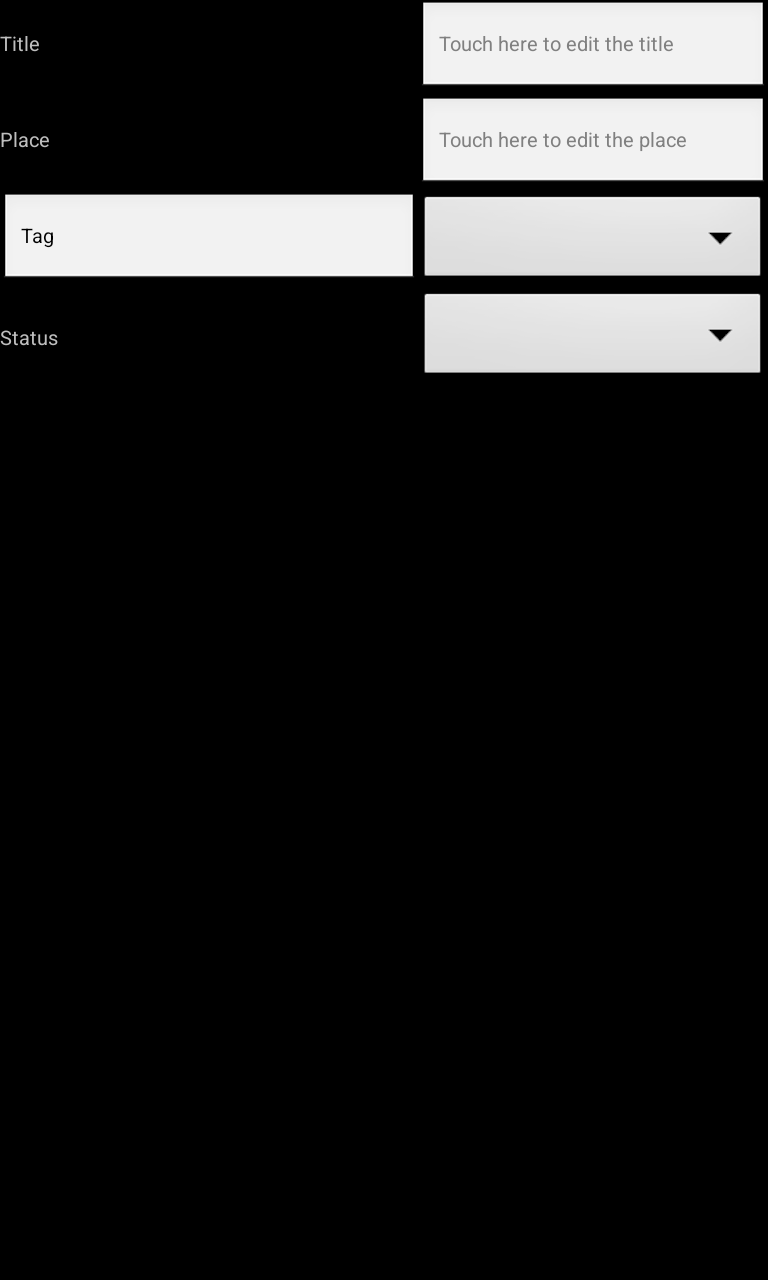
Repository: hilfialkaff/todo
Layout: ToDo_Replica/res/layout/add.xml
The author's editor kept a copy of each file at every save. The layout is drawn from the files as they stood at one save, then again after the next save.
It is drawn on a 768 x 1280 px phone screen (xhdpi) without system bars, with theme CustomTheme; the app's code is not run.

Above is the layout before, as saved 2011-03-18 01:44:23.

After the next save:
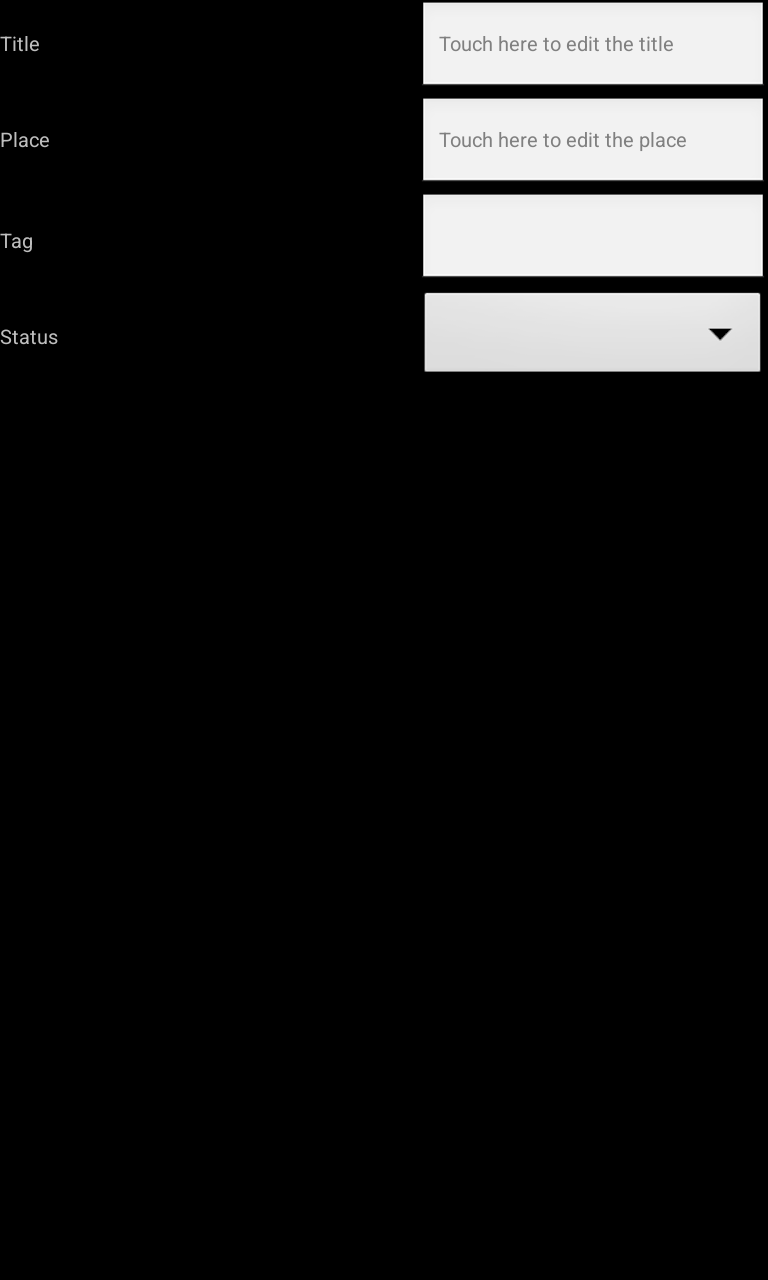
Saved 41 s later.
--- a/ToDo_Replica/res/layout/add.xml
+++ b/ToDo_Replica/res/layout/add.xml
@@ -56,18 +56,18 @@ android:scrollbars="vertical"
 		android:layout_width="fill_parent"
 		android:layout_height="wrap_content"
 		android:gravity="center_vertical">
-		<AutoCompleteTextView
-			android:id="@+id/actv_status"
+		<TextView
+			android:id="@+id/tv_status"
 			android:layout_width="wrap_content"
 			android:layout_height="wrap_content"
 			android:text="Tag"
 			android:textSize="20px">
-		</AutoCompleteTextView>
-		<Spinner
+		</TextView>
+		<AutoCompleteTextView
 			android:id="@+id/s_tag"
 			android:layout_width="350px"
 			android:layout_height="wrap_content">
-		</Spinner>
+		</AutoCompleteTextView>
 	</TableRow>
 	<TableRow
 		android:id="@+id/tr_status"
